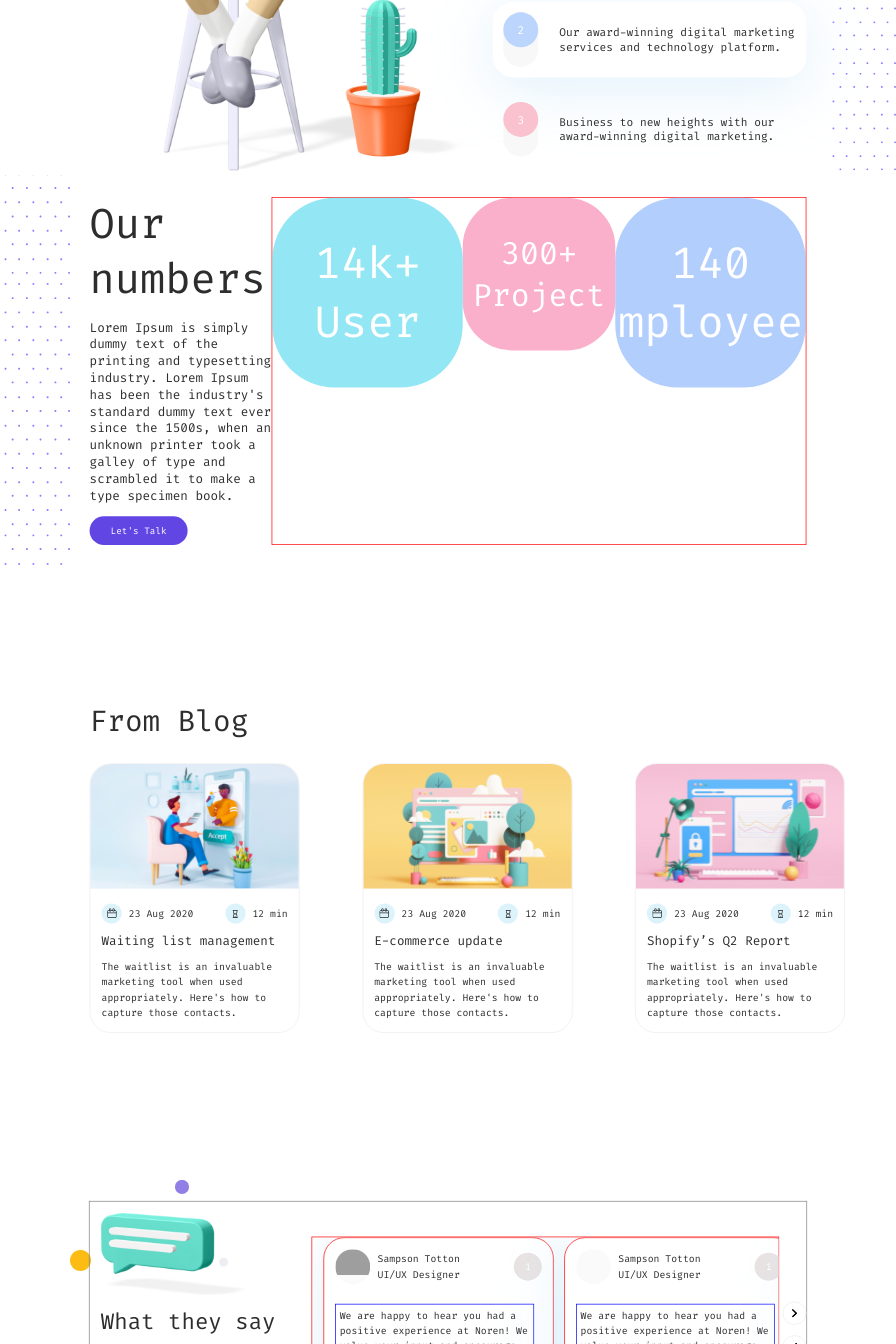
Repository: devdahcoder/noren
Page: index.html
These files come from the project's save history. The page is drawn as it stood at one moment and after the next save; the edit follows.
The browser window is 1280 px wide. The pictures show the part of the page from y = 1901 to 3821 px (the page is 4715 px tall before and 4517 px after), at 70% of full size.
Pictures or frames that could not be fetched are drawn as grey boxes. The style sheet was rebuilt from its Sass, Less or Tailwind sources for each picture, by a compiler version that may differ from the author's.

Above is the page before, as saved 2020-12-23 13:02:57.

After the next save:
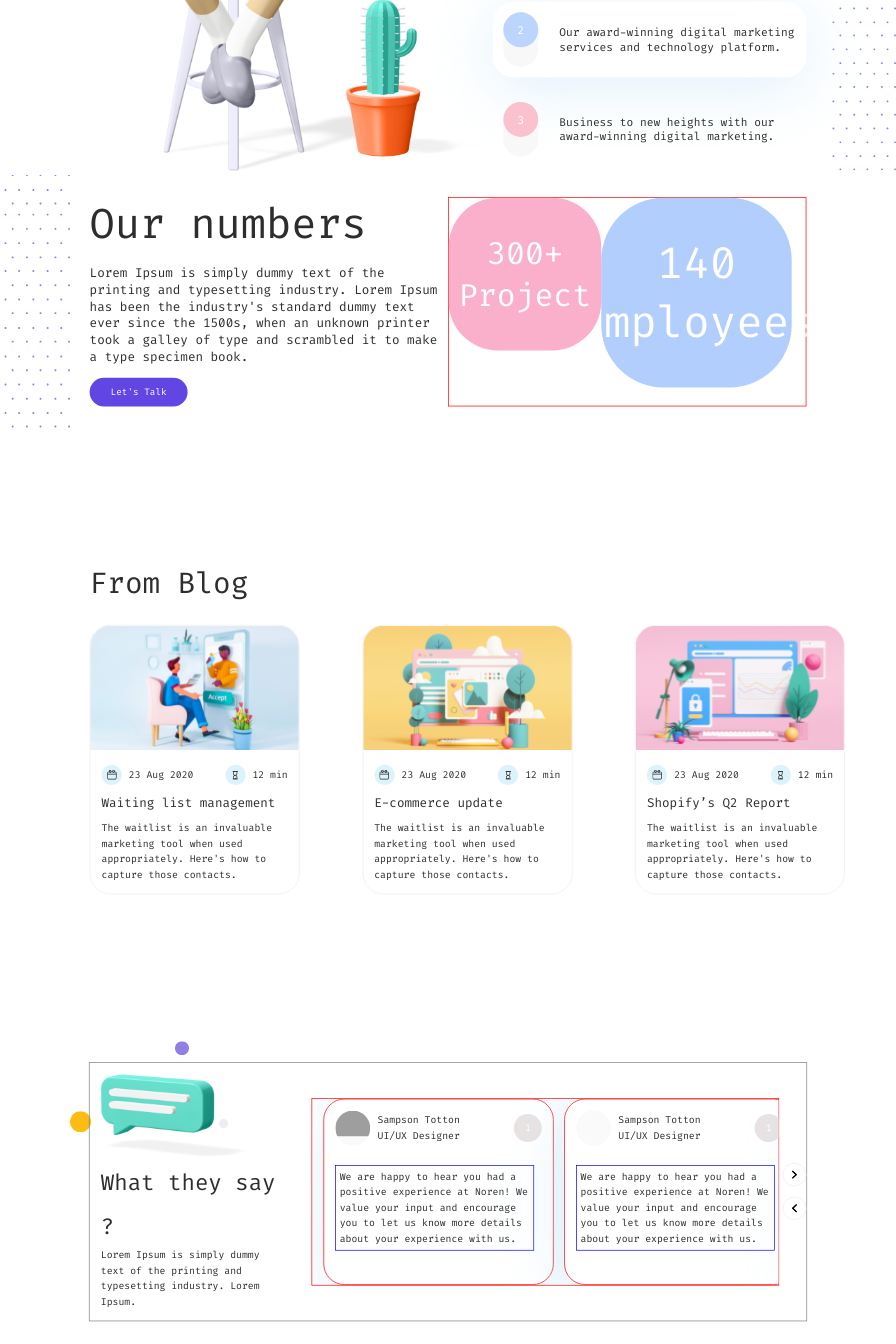
Saved 43 s later.
--- a/index.html
+++ b/index.html
@@ -190,9 +190,7 @@
                 <button class="number-btn">Let's Talk</button>
             </div>
             <div class="company-number-num">
-                <div class="company-numbers top">
-                    <p>14k+ User</p>
-                </div>
+
 
                 <div class="company-numbers middle">
                     300+ Project
